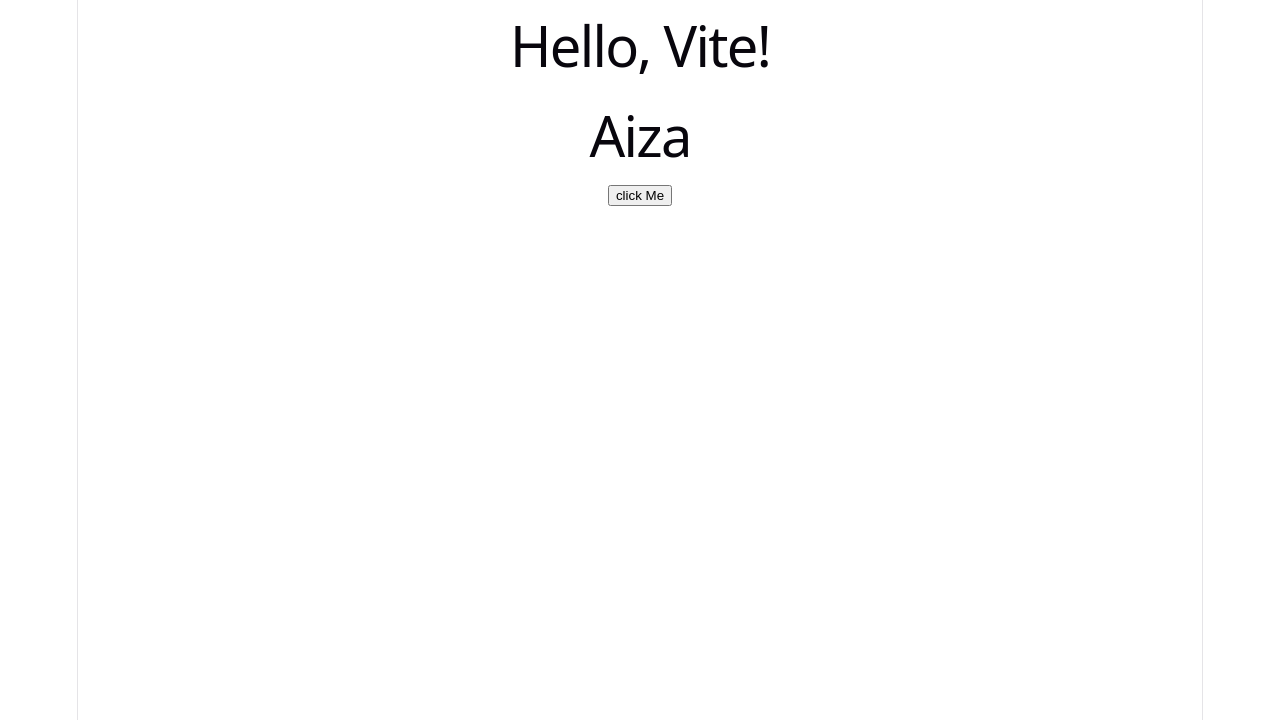
Repository: Gulzarokz/React_Course_Review
Page: / (app in vite-Project/)
These files come from the project's save history. The page is drawn as it stood at one moment and after the next save; the edit follows.
The browser window is 1280 px wide. The pictures show the whole page.
The project was rebuilt for these pictures with package versions that can differ from the ones it lists, and the page was loaded fresh each time. Also part of the build but not shown: vite-Project/vite.config.js, vite-Project/src/App.css.

Above is the page before, as saved 2026-04-16 11:43:55.

### vite-Project/index.html
<!doctype html>
<html lang="en">
  <head>
    <meta charset="UTF-8" />
    <link rel="icon" type="image/svg+xml" href="/favicon.svg" />
    <meta name="viewport" content="width=device-width, initial-scale=1.0" />
    <title>vite-project</title>
  </head>
  <body>
    <div id="root"></div>
    <script type="module" src="/src/main.jsx"></script>
  </body>
</html>

### vite-Project/src/index.css
:root {
  --text: #6b6375;
  --text-h: #08060d;
  --bg: #fff;
  --border: #e5e4e7;
  --code-bg: #f4f3ec;
  --accent: #aa3bff;
  --accent-bg: rgba(170, 59, 255, 0.1);
  --accent-border: rgba(170, 59, 255, 0.5);
  --social-bg: rgba(244, 243, 236, 0.5);
  --shadow:
    rgba(0, 0, 0, 0.1) 0 10px 15px -3px, rgba(0, 0, 0, 0.05) 0 4px 6px -2px;

  --sans: system-ui, 'Segoe UI', Roboto, sans-serif;
  --heading: system-ui, 'Segoe UI', Roboto, sans-serif;
  --mono: ui-monospace, Consolas, monospace;

  font: 18px/145% var(--sans);
  letter-spacing: 0.18px;
  color-scheme: light dark;
  color: var(--text);
  background: var(--bg);
  font-synthesis: none;
  text-rendering: optimizeLegibility;
  -webkit-font-smoothing: antialiased;
  -moz-osx-font-smoothing: grayscale;

  @media (max-width: 1024px) {
    font-size: 16px;
  }
}

@media (prefers-color-scheme: dark) {
  :root {
    --text: #9ca3af;
    --text-h: #f3f4f6;
    --bg: #16171d;
    --border: #2e303a;
    --code-bg: #1f2028;
    --accent: #c084fc;
    --accent-bg: rgba(192, 132, 252, 0.15);
    --accent-border: rgba(192, 132, 252, 0.5);
    --social-bg: rgba(47, 48, 58, 0.5);
    --shadow:
      rgba(0, 0, 0, 0.4) 0 10px 15px -3px, rgba(0, 0, 0, 0.25) 0 4px 6px -2px;
  }

  #social .button-icon {
    filter: invert(1) brightness(2);
  }
}

body {
  margin: 0;
}

#root {
  width: 1126px;
  max-width: 100%;
  margin: 0 auto;
  text-align: center;
  border-inline: 1px solid var(--border);
  min-height: 100svh;
  display: flex;
  flex-direction: column;
  box-sizing: border-box;
}

h1,
h2 {
  font-family: var(--heading);
  font-weight: 500;
  color: var(--text-h);
}

h1 {
  font-size: 56px;
  letter-spacing: -1.68px;
  margin: 32px 0;
  @media (max-width: 1024px) {
    font-size: 36px;
    margin: 20px 0;
  }
}
h2 {
  font-size: 24px;
  line-height: 118%;
  letter-spacing: -0.24px;
  margin: 0 0 8px;
  @media (max-width: 1024px) {
    font-size: 20px;
  }
}
p {
  margin: 0;
}

code,
.counter {
  font-family: var(--mono);
  display: inline-flex;
  border-radius: 4px;
  color: var(--text-h);
}

code {
  font-size: 15px;
  line-height: 135%;
  padding: 4px 8px;
  background: var(--code-bg);
}

### vite-Project/src/App.jsx
import './App.css';
import StateInFunctionalComponent from './stateInFunctionalComponent';

function App() {

  return (
    <>
      <h1>Hello, Vite!</h1>
      <StateInFunctionalComponent />

    </>
  )
}

export default App

### vite-Project/src/stateInFunctionalComponent.jsx

import React, { useState } from 'react'

const StateInFunctionalComponent = () => {
    const [name, setName] = useState("Aiza")


    function updateName() {
        alert(setName("Gulzar"))
    }
    return (
        <div>
            <h1>{name}</h1>
            {/* <button onClick={updateName}>Click Me!</button> */}
            <button>click Me</button>
        </div>
    )
}

export default StateInFunctionalComponent

Loaded but not shown: vite-Project/src/main.jsx (common file)

After the next save:
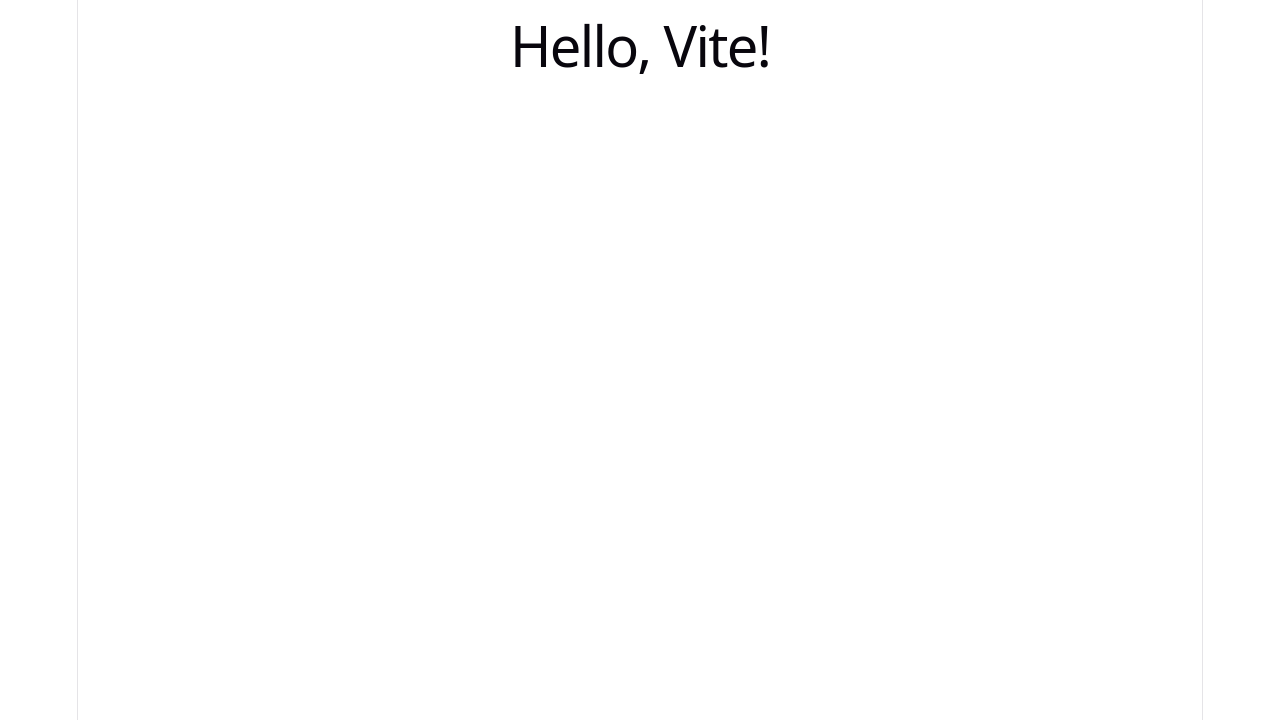
Saved 17 s later.
--- a/vite-Project/src/App.jsx
+++ b/vite-Project/src/App.jsx
@@ -6,7 +6,7 @@
   return (
     <>
       <h1>Hello, Vite!</h1>
-      <StateInFunctionalComponent />
+      {/* <StateInFunctionalComponent /> */}
 
     </>
   )

After the save that followed:
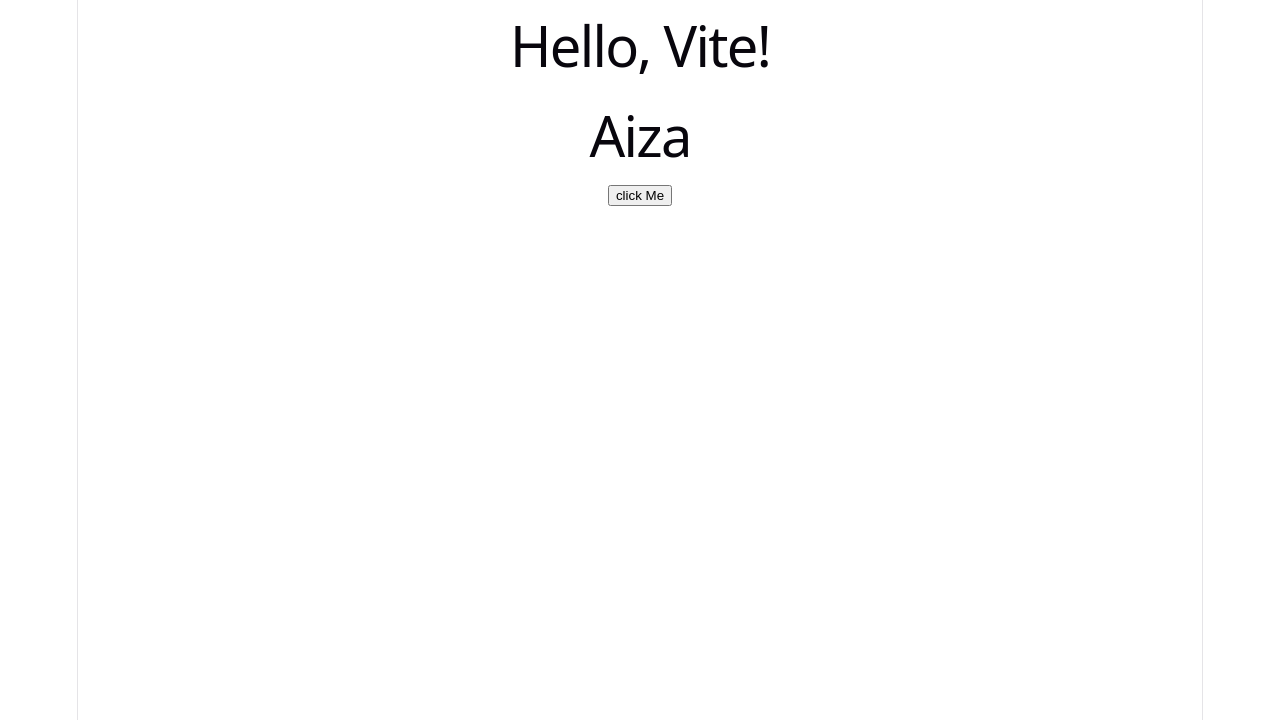
Saved 6 s later.
--- a/vite-Project/src/App.jsx
+++ b/vite-Project/src/App.jsx
@@ -6,7 +6,7 @@
   return (
     <>
       <h1>Hello, Vite!</h1>
-      {/* <StateInFunctionalComponent /> */}
+      <StateInFunctionalComponent />
 
     </>
   )
